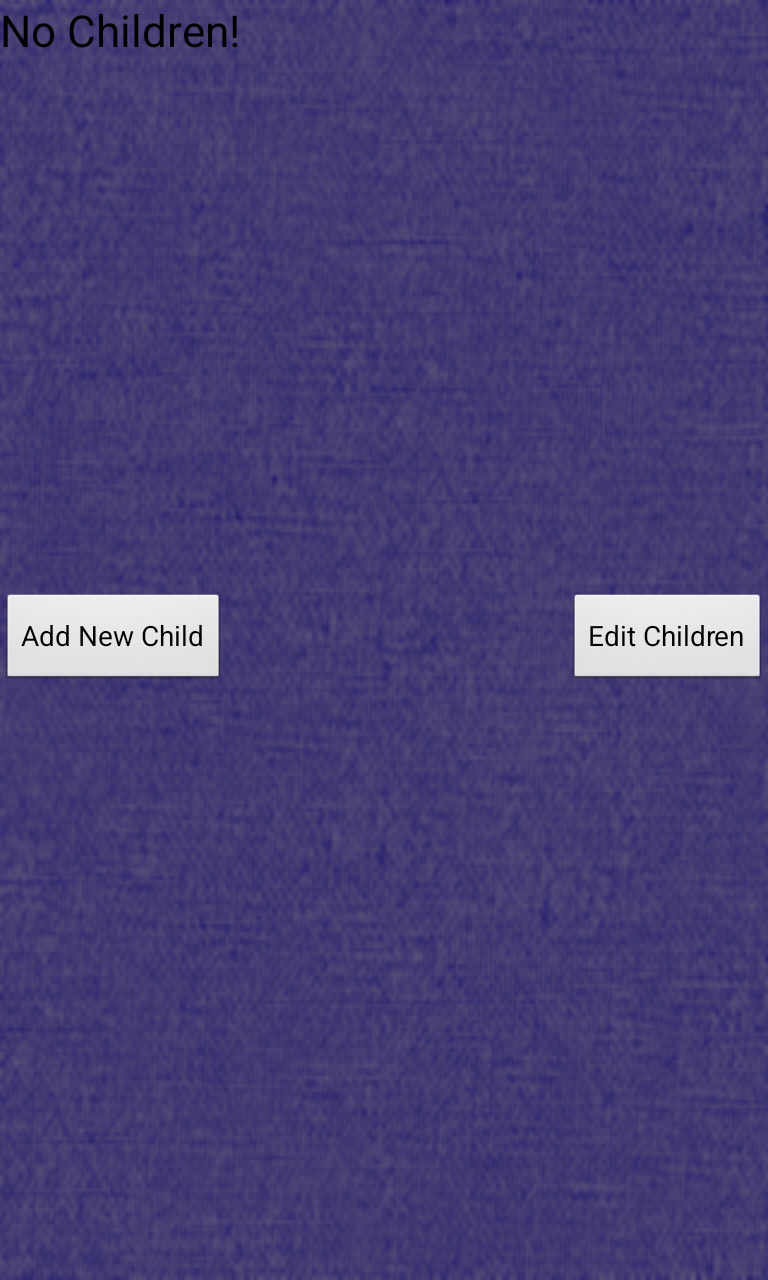
Repository: samanamp/RR-Controller
Layout: RRC app/res/layout/activity_child_setting.xml
An editor plug-in stored every save of this project. The layout is shown before and after the next save, followed by the edit.
It is drawn on a 768 x 1280 px phone screen (xhdpi) without system bars, with theme AppTheme; the app's code is not run.

Above is the layout before, as saved 2012-08-09 12:21:48.

### RRC app/res/layout/activity_child_setting.xml
<RelativeLayout xmlns:android="http://schemas.android.com/apk/res/android"
    xmlns:tools="http://schemas.android.com/tools"
    android:layout_width="match_parent"
    android:layout_height="match_parent"
    android:background="@drawable/bg_menu" >

    <TextView
        android:id="@+id/textView1"
        android:layout_width="wrap_content"
        android:layout_height="wrap_content"
        android:layout_alignParentLeft="true"
        android:layout_alignParentTop="true"
        android:text="No Children!"
        android:textAppearance="?android:attr/textAppearanceLarge"
        android:textColor="#000000" />

    <Button
        android:id="@+id/button1"
        android:layout_width="wrap_content"
        android:layout_height="wrap_content"
        android:layout_alignParentLeft="true"
        android:layout_centerVertical="true"
        android:text="Add New Child"
        android:onClick="newChild" />

    <Button
        android:id="@+id/button2"
        android:layout_width="wrap_content"
        android:layout_height="wrap_content"
        android:layout_alignBottom="@+id/button1"
        android:layout_alignParentRight="true"
        android:text="Edit Children"
        android:onClick="editChild" />

</RelativeLayout>

Loaded but not shown: RRC app/res/values/styles.xml (common file)

After the next save:
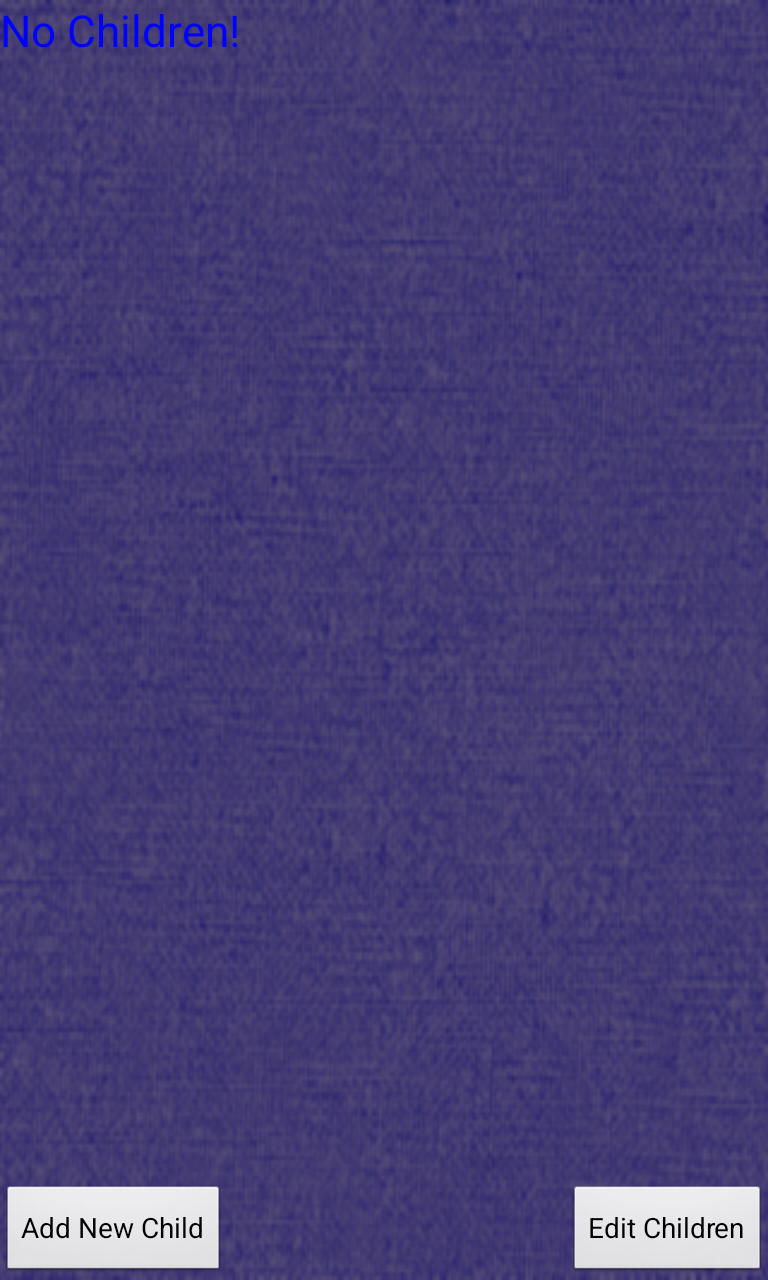
Saved 118 s later.
--- a/RRC app/res/layout/activity_child_setting.xml
+++ b/RRC app/res/layout/activity_child_setting.xml
@@ -10,26 +10,27 @@
         android:layout_height="wrap_content"
         android:layout_alignParentLeft="true"
         android:layout_alignParentTop="true"
+         android:textColor="#0000ff"
         android:text="No Children!"
         android:textAppearance="?android:attr/textAppearanceLarge"
-        android:textColor="#000000" />
+        />
 
     <Button
         android:id="@+id/button1"
         android:layout_width="wrap_content"
         android:layout_height="wrap_content"
+        android:layout_alignParentBottom="true"
         android:layout_alignParentLeft="true"
-        android:layout_centerVertical="true"
-        android:text="Add New Child"
-        android:onClick="newChild" />
+        android:onClick="newChild"
+        android:text="Add New Child" />
 
     <Button
         android:id="@+id/button2"
         android:layout_width="wrap_content"
         android:layout_height="wrap_content"
-        android:layout_alignBottom="@+id/button1"
+        android:layout_alignParentBottom="true"
         android:layout_alignParentRight="true"
-        android:text="Edit Children"
-        android:onClick="editChild" />
+        android:onClick="editChild"
+        android:text="Edit Children" />
 
 </RelativeLayout>
